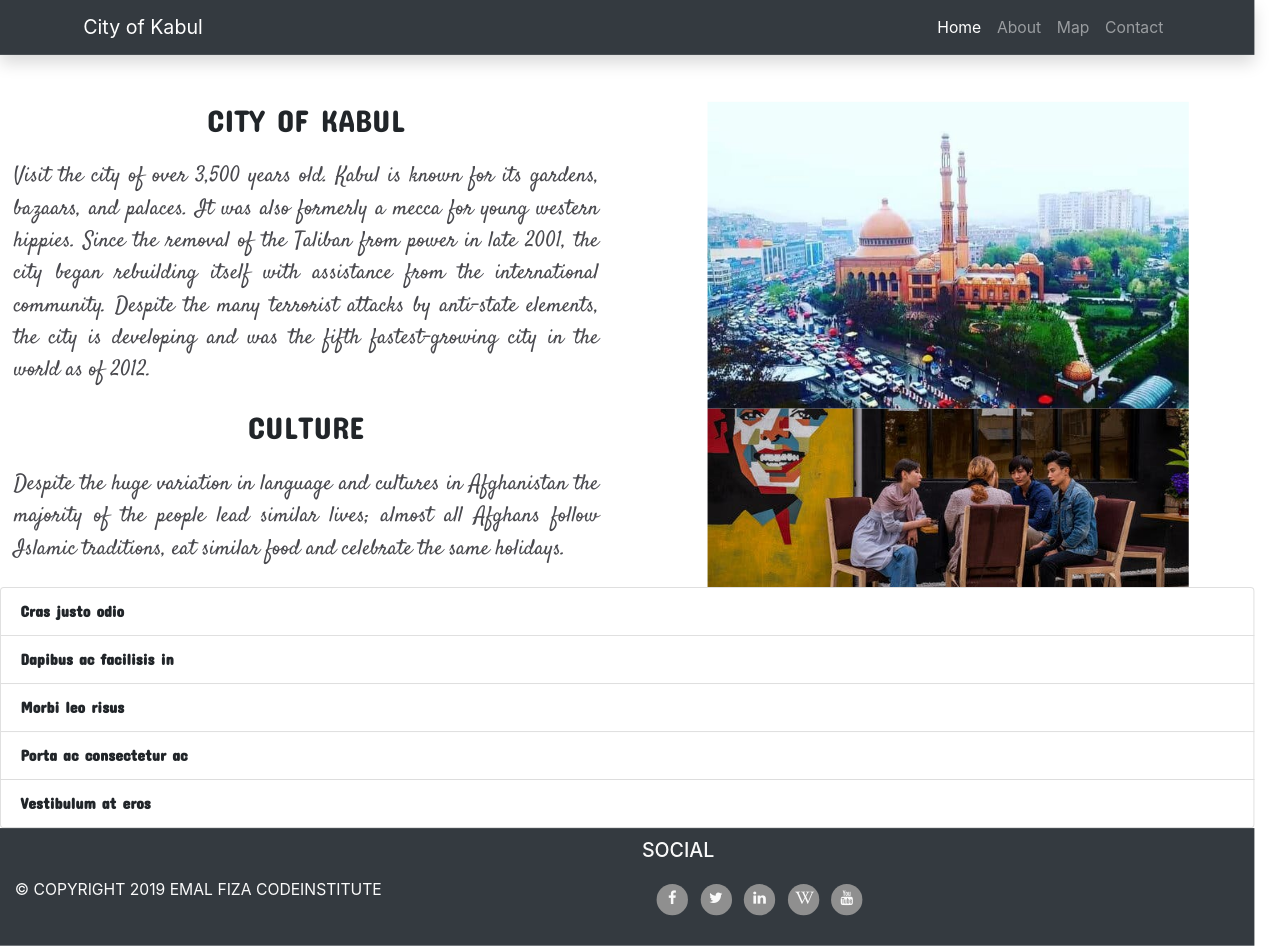
Repository: emalfiza/project-kabul
Page: about.html
The author's editor kept a record of every edit. The page is drawn from the files as they stood at one moment, then again after the next edit.
The browser window is 1280 px wide. The page is 1295 px wide, so the pictures cover 1295 px, including what lies to the right of the window. The pictures show the whole page, at 98% of full size.

Above is the page before.

After the next edit:
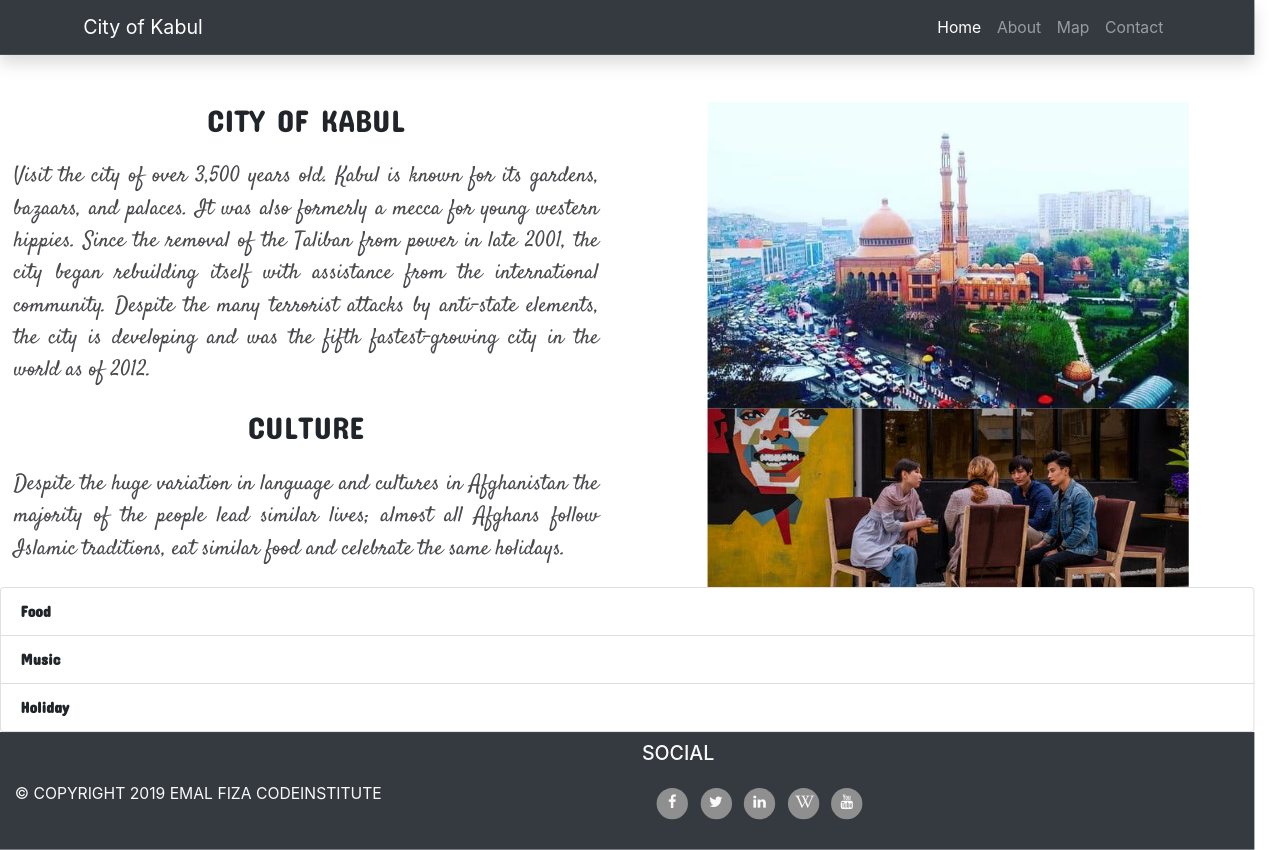
The edit:
--- a/about.html
+++ b/about.html
@@ -75,13 +75,11 @@
   </section>
   <section>
 
-  <ul class="list-group">
-  <li class="list-group-item">Cras justo odio</li>
-  <li class="list-group-item">Dapibus ac facilisis in</li>
-  <li class="list-group-item">Morbi leo risus</li>
-  <li class="list-group-item">Porta ac consectetur ac</li>
-  <li class="list-group-item">Vestibulum at eros</li>
-</ul>
+    <ul class="list-group">
+      <li class="list-group-item">Food</li>
+      <li class="list-group-item">Music</li>
+      <li class="list-group-item">Holiday</li>
+    </ul>
 
   </section>
 
